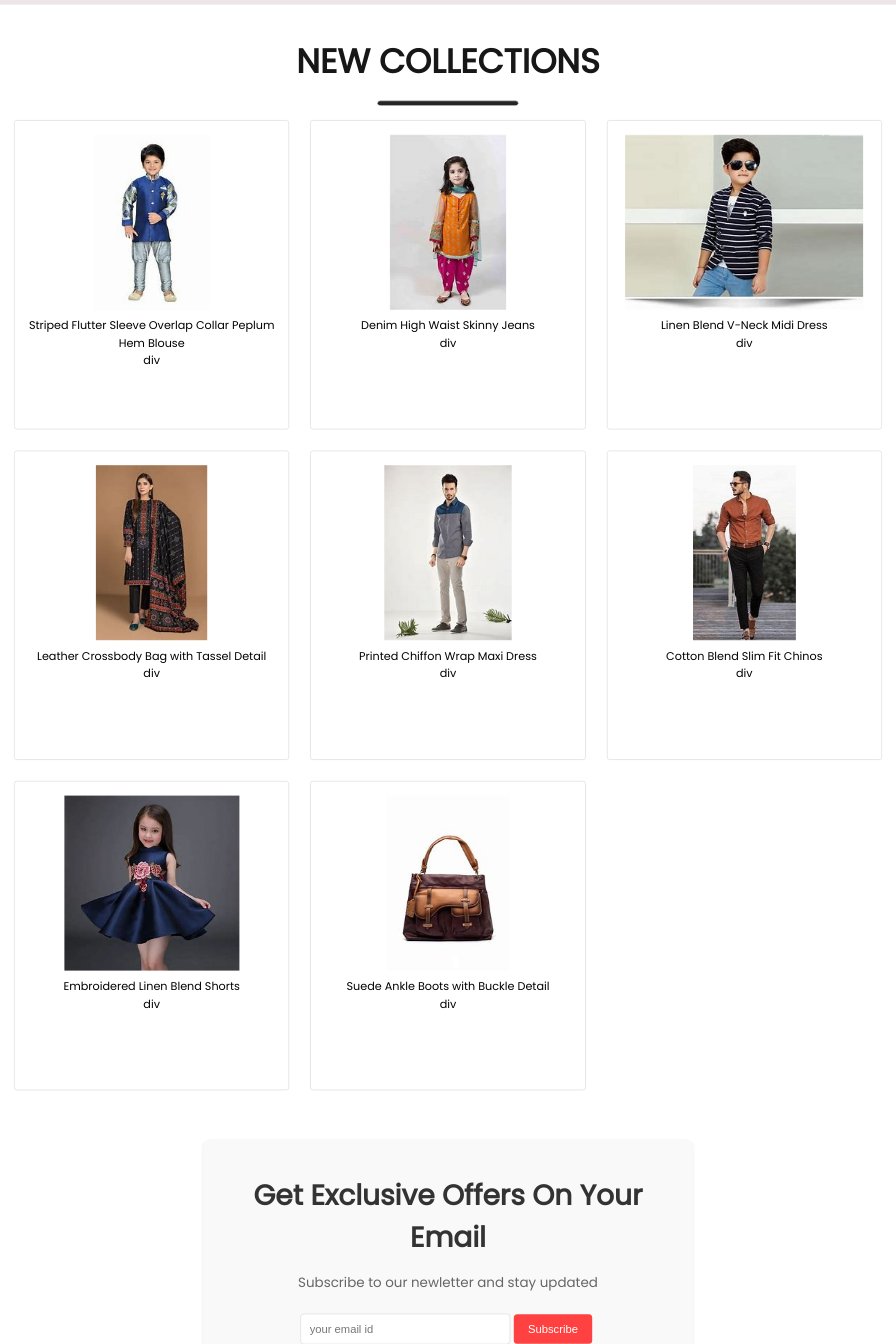
Repository: sshaiv/Shoppie_EcommerceAPP
Page: /
The author's editor kept a copy of each file at every save. The page is drawn from the files as they stood at one save, then again after a run of saves.
The browser window is 1280 px wide. The pictures show the part of the page from y = 2042 to 3962 px (the page is 4422 px tall), at 70% of full size.
The project was rebuilt for these pictures with package versions that can differ from the ones it lists, and the page was loaded fresh each time. Also part of the build but not shown: src/App.css, src/Components/Pages/CSS/ShopCategory.css, src/Components/Pages/ShopCategory.jsx, src/Components/Breadcrums/Breadcrum.css, src/Components/Breadcrums/Breadcrums.jsx, src/Components/Pages/Product.jsx, src/Components/Pages/Cart.jsx, src/Components/Pages/CSS/LoginSignup.css and 1 more.

Above is the page before, as saved 2024-07-16 21:24:52.

### public/index.html
<!DOCTYPE html>
<html lang="en">
  <head>
    <meta charset="utf-8" />
    <link rel="icon" href="%PUBLIC_URL%/favicon.ico" />
    <meta name="viewport" content="width=device-width, initial-scale=1" />
    <meta name="theme-color" content="#000000" />
    <meta
      name="description"
      content="Web site created using create-react-app"
    />
    <link rel="apple-touch-icon" href="%PUBLIC_URL%/logo192.png" />
    <!--
      manifest.json provides metadata used when your web app is installed on a
      user's mobile device or desktop. See https://developers.google.com/web/fundamentals/web-app-manifest/
    -->
    <link rel="manifest" href="%PUBLIC_URL%/manifest.json" />
    <!--
      Notice the use of %PUBLIC_URL% in the tags above.
      It will be replaced with the URL of the `public` folder during the build.
      Only files inside the `public` folder can be referenced from the HTML.

      Unlike "/favicon.ico" or "favicon.ico", "%PUBLIC_URL%/favicon.ico" will
      work correctly both with client-side routing and a non-root public URL.
      Learn how to configure a non-root public URL by running `npm run build`.
    -->
    <link rel="preconnect" href="https://fonts.googleapis.com">
    <link rel="preconnect" href="https://fonts.gstatic.com" crossorigin>
    <link href="https://fonts.googleapis.com/css2?family=Poppins&display=swap" rel="stylesheet">
    <title>E-Commerce</title>
  </head>
  <body>
    <noscript>You need to enable JavaScript to run this app.</noscript>
    <div id="root"></div>
    <!--
      This HTML file is a template.
      If you open it directly in the browser, you will see an empty page.

      You can add webfonts, meta tags, or analytics to this file.
      The build step will place the bundled scripts into the <body> tag.

      To begin the development, run `npm start` or `yarn start`.
      To create a production bundle, use `npm run build` or `yarn build`.
    -->
  </body>
</html>

### src/index.js
import React from 'react';
import ReactDOM from 'react-dom/client';
import './index.css';
import App from './App';
import ShopContextProvider from './Components/Context/ShopContext';

const root = ReactDOM.createRoot(document.getElementById('root'));
root.render(
  <ShopContextProvider>
    <App/>
  </ShopContextProvider>
);

// If you want to start measuring performance in your app, pass a function
// to log results (for example: reportWebVitals(console.log))
// or send to an analytics endpoint. Learn more: https://bit.ly/CRA-vitals

### src/index.css
*{
  margin: 0;
}

body {
  margin: 0;
  font-family: -apple-system, BlinkMacSystemFont, 'Segoe UI', 'Roboto', 'Oxygen',
    'Ubuntu', 'Cantarell', 'Fira Sans', 'Droid Sans', 'Helvetica Neue',
    sans-serif;
  -webkit-font-smoothing: antialiased;
  -moz-osx-font-smoothing: grayscale;

 font-family:'Poppins';

}

code {
  font-family: source-code-pro, Menlo, Monaco, Consolas, 'Courier New',
    monospace;
}

### src/Components/Context/ShopContext.jsx
import React, { createContext } from 'react';
import all_product from '../Assets/all_products';

export const ShopContext = createContext(null);

const ShopContextProvider = (props) => {
  const contextValue = { all_product };

  return (
    <ShopContext.Provider value={contextValue}>
      {props.children}
    </ShopContext.Provider>
  );
}

export default ShopContextProvider;

### src/Components/Navbar/Navbar.jsx
import React, { useState } from 'react'
import './Navbar.css'
import logo from '../Assets/logo.png'
import cart_icon from '../Assets/cart_icon.png'
import { Link } from 'react-router-dom'

const Navbar = () => {
const [menu,setMenu]=useState("shop");

  return (
    <div>
      <div className='navbar'>
        <div className='nav-logo'>
          <img src={logo} alt="Logo" />
          <p>Shopper</p>
        </div>
        <ul className='nav-menu'>
            <li onClick={()=>{setMenu("shop")}}><Link style={{textDecoration:'none'}} to='/'>Shop </Link>{menu==="shop"? <hr/> :<></>}   </li>
            <li onClick={()=>{setMenu("mens")}}><Link style={{textDecoration:'none'}}  to='/mens'>Mens</Link> {menu==="shop"? <hr/> :<></>} </li>
            <li onClick={()=>{setMenu("womens")}}><Link style={{textDecoration:'none'}}  to='/womens'>Womens </Link> {menu==="shop"? <hr/> :<></>} </li>
            <li onClick={()=>{setMenu("kids")}}><Link style={{textDecoration:'none'}}  to='/kids'>Kids</Link> {menu==="shop"? <hr/> :<></>} </li>
        </ul>

        <div className="nav-login-cart">
          <Link to='/login'>  <button>Login</button></Link>
       <Link to='/cart'>   <img src={cart_icon} alt="" /></Link>
      <div className="nav-cart-count">0</div>
        </div>
      </div>
    </div>
  )
}

export default Navbar

### src/Components/Pages/Shop.jsx
import React from 'react';
import Hero from '../Hero/Hero';
import Popular from '../Popular/Popular';
import Offers from '../Offers/Offers';
import NewCollections from '../NewCollections/NewCollections';
import NewsLetter from '../NewsLetter/NewsLetter';


const Shop = () => {
  return (
    <div>
      <Hero/>
      <Popular/>
      <Offers/>
      <NewCollections/>
      <NewsLetter/>

    </div>
  );
}

export default Shop;

### src/Components/Footer/Footer.jsx
import React from 'react'
import './Footer.css'
import footer_logo from '../Assets/footer_logo.png'
import insta_logo from '../Assets/insta_logo.png'
import whatsapp_logo from '../Assets/whatsapp_logo.png'
import pinterest_logo from '../Assets/pinterest_logo.png'



const Footer = () => {
  return (
    <div className='footer'>
      <div className="footer-logo">
        <img src={footer_logo} alt="" />
        <p>SHOPPER</p>

      </div>
      <ul className="footer-links">
        <li>Company</li>
        <li>Products</li>
        <li>Offices</li>
        <li>About</li>
        <li>Contact</li>
      </ul>
      <div className="footer-social-icon">
        <div className="footer-icons-container">
            <img src={insta_logo} alt="" />
        </div>
        <div className="footer-icons-container">
            <img src={whatsapp_logo} alt="" />
        </div>
        <div className="footer-icons-container">
            <img src={pinterest_logo} alt="" />
        </div>
      </div>
      <div className="footer-copyright">
        <hr />
        <p>Copyright @ 2023 - All Right Reserved .</p>
      </div>
    </div>
  )
}

export default Footer

### src/Components/Navbar/Navbar.css
.navbar{
    display: flex;
    justify-content: space-around;
    padding: 16px;
    box-shadow:0 1px 3px -2px black ;

}
.nav-logo{
    display:flex;
    align-items: center;
    gap: 10px;
}

.nav-logo p{
    color: #171717;
    font-size: 38px;
    font-weight: 600;
}
.nav-menu{
    display:flex;
    align-items:center;
    list-style: none;
    gap: 50px;
    color:#626262;
    font-size: 20px;
    font-weight: 500;

}


  .nav-logo img {
    height: 40px;
    margin-right: 10px;
  }



  .nav-menu li {
    margin: 0 15px;
    position: relative;
    cursor: pointer;
  }

  .nav-menu li:hover hr {
    display: block;
  }

  .nav-menu hr {
    display: none;
    width: 80%;
    height: 3px;
    border-radius: 10px;
    background-color:red;

  }

  .nav-login-cart {
    display: flex;
    align-items: center;
    gap: 45px;
  }

  .nav-login-cart button {
    width: 157px;
    height: 58px;
    outline: none;
    border: 1px solid #7a7a7a;
    border-radius: 75px;
    color:#515151;
    font-size: 20px;
    font-weight: 500;
    background: white;
    cursor: pointer;
  }

  .nav-login-cart button:active{
    background:#f3f3f3;
  }
  .nav-login-cart img {
    height: 30px;
    cursor: pointer;
  }
  .nav-cart-count{
    width: 22px;
    height: 22px;
    display: flex;
    justify-content: center;
    align-items:center;
    margin-top: -35px;
    margin-left: -55px;
    border: radius 11px;
    font-size: 14px;
    background-color:red;
    color:white;
  }

  @media (max-width: 768px) {
    .navbar {
      flex-direction: column;
      align-items: center;
    }

    .nav-logo p {
      font-size: 20px;
    }

    .nav-menu {
      flex-direction: column;
      align-items: center;
      gap: 10px;
    }

    .nav-menu li {
      margin: 10px 0;
    }

    .nav-login-cart {
      flex-direction: column;
      align-items: center;
      gap: 10px;
    }
  }

### src/Components/Item/Item.jsx
import React from 'react';
import './Item.css';
import { Link } from 'react-router-dom';

const Item = (props) => {
  return (
    <div className="item">
      <Link to={`/product/`}> <img src={props.image} alt="" /> </Link>

    <p>{props.name}</p>
    div
    </div>
  );
}

export default Item;

### src/Components/Hero/Hero.jsx
import React from "react";
import "./Hero.css";
import hand_icon from "../Assets/hand_icon.png";
import arrow_icon from "../Assets/arrow_icon.png";
import hero_imae from '../Assets/hero_imae.png';

const Hero = () => {
  return (
    <div className="hero">
      <div className="hero-left">
        <h2>NEW ARRIVALS ONLY</h2>
        <div className="hero-hand-icon">
          <p>new</p>
          <img src={hand_icon} alt="hand icon" />
        </div>
        <p>collections</p>
        <p>for everyone</p>
        <div className="hero-latest-btn">
          <div>Latest Collection</div>
          <img src={arrow_icon} alt="arrow icon" />
        </div>
      </div>
      <div className="hero-right">
        <img src={hero_imae} alt="hero" />
      </div>
    </div>
  );
};

export default Hero;

### src/Components/Popular/Popular.jsx
import React from 'react';
import './Popular.css';
import data_product from '../Assets/data';
// import Item from '../Item/Item';

const Popular = () => {
  return (
    <div className='popular'>
      <h1>POPULAR IN WOMEN</h1>
      <hr />
      <div className="popular-item">
        {data_product.map((item, i) => (
          <div className="item" key={i}>
            <img src={item.image} alt={item.name} />
            <div className="name">{item.name}</div>
            <div className="price">
              <span className="old-price">${item.old_price}</span>
              <span className="new-price">${item.new_price}</span>
            </div>
          </div>
        ))}
      </div>
    </div>
  );
}

export default Popular;

### src/Components/Offers/Offers.jsx
import React from 'react'
import './Offers.css'
import exclusive_image from '../Assets/exclusive_image.png'

const Offers = () => {
  return (
    <div className='offers'>
      <div className="offers-left">
        <h1>Exclusive</h1>
        <h1>Offers For You</h1>
        <p>ONLY ON BEST SELLERS PRODUCTS </p>
        <button>Check Now</button>
      </div>
      <div className="offers-right">
        <img src={exclusive_image} alt="" />
      </div>
    </div>
  )
}

export default Offers

### src/Components/NewCollections/NewCollections.jsx
// Rename the component to something else, e.g., NewCollectionsComponent
import React from 'react';
import './NewCollections.css';
import New_Collections from '../Assets/New_Collections'; // Renamed import
import Item from '../Item/Item'
const NewCollectionsComponent = () => {
  return (
    <div className='new-collections'>
      <h1>NEW COLLECTIONS</h1>
      <hr />
      <div className="collections">
        {New_Collections.map((item, i) => (
          <Item key={i} id={item.id} name={item.name} image={item.image} new_price={item.new_price} old_price={item.old_price} />
        ))}
      </div>
    </div>
  );
}

export default NewCollectionsComponent;

### src/Components/NewsLetter/NewsLetter.jsx
import React from 'react'
import './NewsLetter.css'


const NewsLetter = () => {
  return (
    <div className='newsletter'>
      <h1> Get Exclusive Offers On Your Email</h1>
      <p>Subscribe to our newletter and stay updated</p>

      <div>
        <input type="email" placeholder='your email id' />
     <button>Subscribe</button>

      </div>
    </div>
  )
}

export default NewsLetter;

### src/Components/Footer/Footer.css
.footer {
    background-color: #f9f9f9;
    padding: 40px;
    text-align: center;
    border-top: 1px solid #ddd;
    box-shadow: 0 -2px 4px rgba(0, 0, 0, 0.1);
    position: relative;
    top: 150px;
  }

  .footer-logo {
    display: flex;
    justify-content: center;
    align-items: center;
    gap: 10px;
    margin-bottom: 20px;
  }

  .footer-logo img {
    height: 40px;
  }

  .footer-logo p {
    font-size: 1.5rem;
    font-weight: bold;
    color: #333;
  }

  .footer-links {
    list-style: none;
    padding: 0;
    display: flex;
    justify-content: center;
    gap: 30px;
    margin-bottom: 20px;
  }

  .footer-links li {
    font-size: 1rem;
    color: #666;
    cursor: pointer;
    transition: color 0.3s ease;
  }

  .footer-links li:hover {
    color: #ff4141;
  }

  .footer-social-icon {
    display: flex;
    justify-content: center;
    gap: 20px;
    margin-bottom: 20px;
  }

  .footer-icons-container {
    width: 40px;
    height: 40px;
    display: flex;
    justify-content: center;
    align-items: center;
    border: 1px solid #ddd;
    border-radius: 50%;
    transition: border-color 0.3s ease;
  }

  .footer-icons-container img {
    height: 20px;
  }

  .footer-icons-container:hover {
    border-color: #ff4141;
  }

  .footer-copyright {
    margin-top: 20px;
    font-size: 0.9rem;
    color: #999;
  }

  .footer hr {
    width: 80%;
    margin: 20px auto;
    border: none;
    border-top: 1px solid #ddd;
  }

### src/Components/Item/Item.css
/* CSS/Item.css */
.item {
    border: 1px solid #ddd;
    border-radius: 4px;
    overflow: hidden;
    background-color: #fff;
    text-align: center;
    padding: 10px;
    height: 450px;
  }

  .item img {
    width: 100%;
    height: 50%;
    display: block;
  }

  .item-details {
    margin-top: 10px;
  }

  .item-name {
    font-size: 16px;
    font-weight: bold;
    color: #333;
  }

  .item-price {
    margin-top: 5px;
    font-size: 14px;
    color: #888;
  }

  .item-old-price {
    text-decoration: line-through;
    margin-right: 10px;
    color: #aaa;
  }

### src/Components/Hero/Hero.css
.hero {
    height: 100vh;
    background: linear-gradient(180deg, #fde1ff, #e1ffea22 60%);
    display: flex;
    justify-content: space-between;
    align-items: center;
    padding: 0 50px;
    box-sizing: border-box;
  }

  .hero-left {
    flex: 1;
    display: flex;
    flex-direction: column;
    justify-content: center;
    gap: 20px;
    padding-left: 50px;
    line-height: 1.3;
  }

  .hero-left h2 {
    color: #090909;
    font-size: 1.5rem;
    font-weight: 500;
    position: relative;
    bottom: 50px;
  }

  .hero-left p {
    color: #171717;
    font-size: 4rem;
    font-weight: 700;
    margin: 10px 0;
  }

  .hero-hand-icon {
    display: flex;
    align-items: center;
    gap: 10px;
    font-size: 1.5rem;
    font-weight: 500;
    color: #ff4141;
  }

  .hero-hand-icon img {
    width: 50px;
  }
  .hero-latest-btn {
    width: 260px;
    display: flex;
    justify-content: center;
    align-items: center;
    gap: 10px;
    padding: 15px 30px;
    border-radius: 50px;
    margin-top: 30px;
    background: #ff4141;
    color: white;
    font-size: 1.2rem;
    font-weight: 600;
    text-transform: uppercase;
    transition: background 0.3s ease, transform 0.3s ease;
    cursor: pointer;
    position: relative;
    /* Add position relative to the parent */
  }

  .hero-latest-btn img {
    height: 20px;
    width: 50px;
    position: absolute; /* Position the image absolutely */
    right: 10px; /* Adjust right position as needed */
  }

  .hero-latest-btn:hover {
    background: #e63939;
    transform: scale(1.05);
  }


  .hero-right {
    flex: 1;
    display: flex;
    justify-content: center;
    align-items: center;
    padding-right: 50px;
  }

  .hero-right img {
    max-width: 100%;
    height: 500px;
   position: relative;
   left: 50px;
   bottom: 25px;

  }

### src/Components/Popular/Popular.css
.popular {
    height: 90vh;
    display: flex;
    flex-direction: column;
    align-items: center;
    gap: 10px;
    position: relative;
    bottom: 35px;
  }

  .popular h1 {
    font-size: 3rem; /* Adjusted font size */
    font-weight: 600;
    color: #171717;
    margin-bottom: 10px; /* Added margin for spacing */
  }

  .popular hr {
    width: 200px;
    height: 6px;
    border-radius: 10px;
    background: #252525;
    margin-bottom: 20px; /* Added margin for spacing */
  }

  .popular-item {
    margin-top: 50px;
    display: flex;
    flex-wrap: wrap; /* Allow items to wrap onto new lines */
    justify-content: space-between; /* Distribute items with space between */
    gap: 30px; /* Increased gap between items */
  }

  .popular-item .item {
    border: 1px solid #ddd; /* Example border style for items */
    padding: 20px; /* Example padding for items */
    flex: 1 1 300px; /* Flex basis to control item width */
    max-width: calc(33.33% - 30px); /* Adjust for three items per row */
    text-align: center;
    height: 400px;

  }

  .popular-item .item img {
    max-width: 100%;
    height: 250px;
    margin-bottom: 10px; /* Space below image */
  }

  .popular-item .item .name {
    font-size: 1.2rem; /* Adjusted font size for item name */
    font-weight: bold;
    color: #333;
    margin-bottom: 5px; /* Space below name */
  }

  .popular-item .item .price {
    font-size: 1rem; /* Adjusted font size for prices */
    color: #888;
  }

  .popular-item .item .old-price {
    text-decoration: line-through; /* Strikethrough for old price */
    margin-right: 5px; /* Space between old and new price */
  }

  .popular-item .item .new-price {
    font-weight: bold;
    color: #ff4141;
  }

  @media (max-width: 768px) {
    .popular h1 {
      font-size: 2rem; /* Adjusted font size for smaller screens */
    }

    .popular-item .item {
      max-width: calc(50% - 20px); /* Adjust for two items per row */
    }
  }

### src/Components/Assets/data.js
import p1_img from './product1.png'
import p2_img from './product2.png'
import p3_img from './product3.png'
import p4_img from './product4.png'


let data_product = [
    {
      id: 1,
      name: "Striped Flutter Sleeve Overlap Collar Peplum Hem Blouse",
      image: p1_img,
      new_price: 50.00,
      old_price: 80.50,
    },
    {
      id: 2,
      name: "Denim High Waist Skinny Jeans",
      image: p2_img,
      new_price: 65.00,
      old_price: 95.00,
    },
    {
      id: 3,
      name: "Linen Blend V-Neck Midi Dress",
      image: p3_img,
      new_price: 70.00,
      old_price: 110.00,
    },
    {
      id: 4,
      name: "Leather Crossbody Bag with Tassel Detail",
      image: p4_img,
      new_price: 45.00,
      old_price: 75.00,
    },
  ];


export default data_product;

### src/Components/Offers/Offers.css
.offers {
    display: flex;
    justify-content: space-around;
    align-items: center;
    margin: 50px 0;
    position: relative;
    top: 25px;
    background-color: rgb(236, 230, 233);
    padding: 100px;
  }

  .offers-left {
    flex: 1;
    padding: 0 20px;
    text-align: center;
  }

  .offers-left h1 {
    font-size: 3rem;
    font-weight: bold;
    color: #171717;
    margin-bottom: 10px;
  }

  .offers-left p {
    color: #666;
    font-size: 1.2rem;
    margin-bottom: 20px;
  }

  .offers-left button {
    padding: 10px 20px;
    background-color: #ff4141;
    color: white;
    border: none;
    border-radius: 5px;
    font-size: 1.2rem;
    cursor: pointer;
    transition: background-color 0.3s ease;
  }

  .offers-left button:hover {
    background-color: #e63939;
  }

  .offers-right {
    flex: 1;
    display: flex;
    justify-content: center;
  }

  .offers-right img {
    max-width: 100%;
    height: auto;
  }

### src/Components/NewCollections/NewCollections.css
.new-collections {
    padding: 20px;
  }

  .new-collections h1 {
    font-size: 3rem;
    font-weight: bold;
    color: #171717;
    text-align: center;
  }

  .new-collections hr {
    width: 200px;
    height: 6px;
    border-radius: 10px;
    background: #252525;
    margin: 20px auto;
  }

  .collections {
    display: grid;
    grid-template-columns: repeat(auto-fit, minmax(300px, 1fr));
    gap: 30px;
    justify-content: center;
  }

  .collections .item {
    border: 1px solid #ddd;
    padding: 20px;
    display: flex;
    flex-direction: column;
    align-items: center;
    text-align: center;
    height: 400px;


  }

  .collections .item img {
    max-width: 100%;
    height: 250px;
    margin-bottom: 10px;
  }

  .collections .item .name {
    font-size: 1.2rem;
    font-weight: bold;
    color: #333;
    margin-bottom: 5px;
  }

  .collections .item .price {
    font-size: 1rem;
    color: #888;
  }

  .collections .item .old-price {
    text-decoration: line-through;
    margin-right: 5px;
  }

  .collections .item .new-price {
    font-weight: bold;
    color: #ff4141;
  }

### src/Components/NewsLetter/NewsLetter.css
.newsletter {
    background-color: #f9f9f9;
    padding: 50px;
    text-align: center;
    border-radius: 10px;
    box-shadow: 0 2px 4px rgba(0, 0, 0, 0.1);
    max-width: 600px;
    margin: 0 auto;
    position: relative;
    top: 50px;
  }

  .newsletter h1 {
    font-size: 2.5rem;
    font-weight: bold;
    color: #333;
    margin-bottom: 20px;
  }

  .newsletter p {
    font-size: 1.2rem;
    color: #666;
    margin-bottom: 30px;
  }

  .newsletter input[type="email"] {
    width: 50%;
    padding: 12px;
    border: 1px solid #ddd;
    border-radius: 5px;
    font-size: 1rem;
    margin-bottom: 20px;
    box-sizing: border-box;
    position: relative;
    right: 5px;

  }

  .newsletter button {
    padding: 12px 20px;
    border: none;
    border-radius: 5px;
    background-color: #ff4141;
    color: white;
    font-size: 1rem;
    cursor: pointer;
    transition: background-color 0.3s ease;
  }

  .newsletter button:hover {
    background-color: #e63939;
  }

Loaded but not shown: src/Components/Assets/all_products.js (195 lines, source omitted); src/Components/Assets/New_Collections.js (69 lines, source omitted); src/App.js (36 lines, source omitted)

After the next 3 saves:
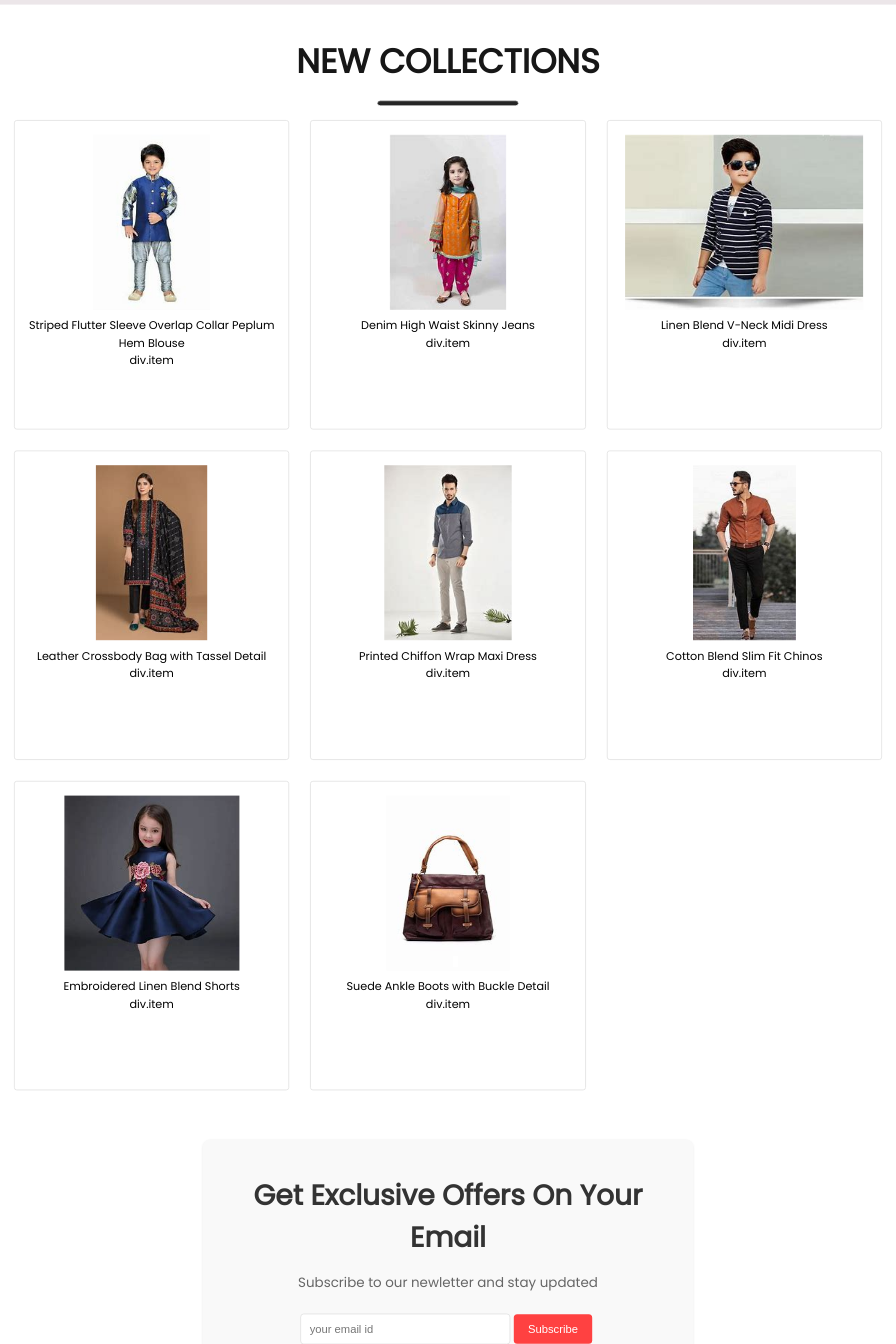
The 3 saves are shown as one change because they came seconds apart.
The last was saved 12 s later.
--- a/src/Components/Item/Item.jsx
+++ b/src/Components/Item/Item.jsx
@@ -8,7 +8,9 @@ const Item = (props) => {
       <Link to={`/product/`}> <img src={props.image} alt="" /> </Link>
 
     <p>{props.name}</p>
-    div
+    <div className="item-prices">
+      div.item
+    </div>
     </div>
   );
 }
